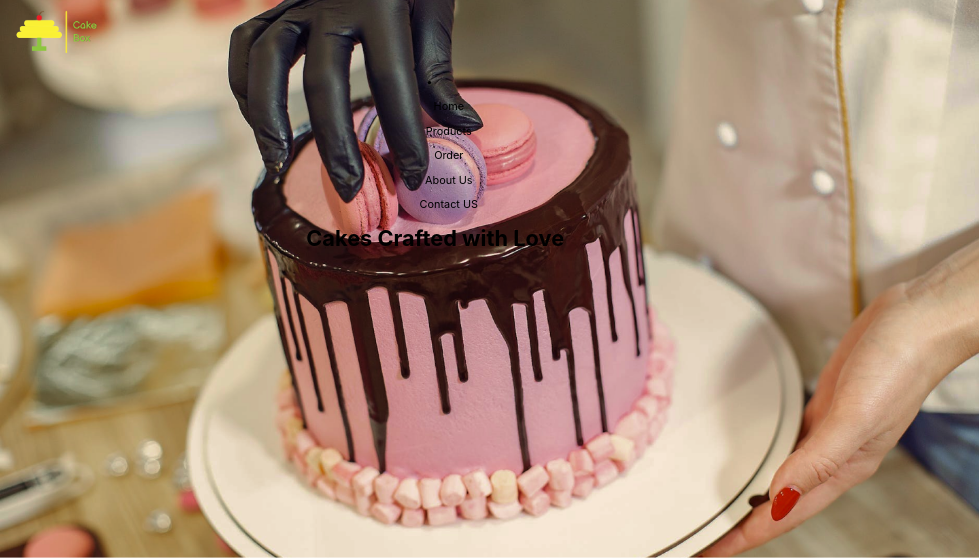
Repository: MEROO1010/cake-box
Page: /
These files come from the project's save history. The page is drawn as it stood at one moment and after the next save; the edit follows.
The browser window is 1280 px wide. The page is 1440 px wide, so the pictures cover 1440 px, including what lies to the right of the window. The pictures show the whole page, at 68% of full size.
The project was rebuilt for these pictures with package versions that can differ from the ones it lists, and the page was loaded fresh each time.

Above is the page before, as saved 2023-10-22 12:39:57.

### src/App.js
import './App.css';
import HomePage from './components/HomePage';

function App() {
  return (
    <div className="App">
      <HomePage/>
    </div>
  );
}

export default App;

### src/components/HomePage.jsx
import React from 'react';
import homePageImage from '../images/HomePage.png';
import logo from '../images/cake box.png'
import styled from 'styled-components';

const HomePage = () => {
  return (
    <Container>
      <IMAGE>
        <img src={homePageImage} alt='Home Page' />
      </IMAGE>

      {/*add the logo*/}
      <LOGO>
        <img src={logo} alt="logo design" />
      </LOGO>

      {/*Add the header*/}
      <div>
        <li>
          <ul>Home</ul>
          <ul>Products</ul>
          <ul>Order</ul>
          <ul>About Us</ul>
          <ul>Contact US</ul>
        </li>
      </div>


      {/*Add the h1*/}
      <div>
        <h1>Cakes Crafted with Love</h1>
      </div>
    </Container>
  );
};

export default HomePage;

const Container = styled.div`

`

const IMAGE = styled.div `
 background-size: cover;
  background-position: center;
  max-width: 100%;
  width: 100%;
  height: 100px;
  margin-right:40px ;
  margin-bottom:10px;

`

const LOGO = styled.div `
  top: 0;
  left: 0;
  margin:16px 24px;
  position: absolute;
`

Loaded but not shown: public/index.html (common file); src/index.js (common file); src/index.css (common file); src/App.css (common file)

After the next save:
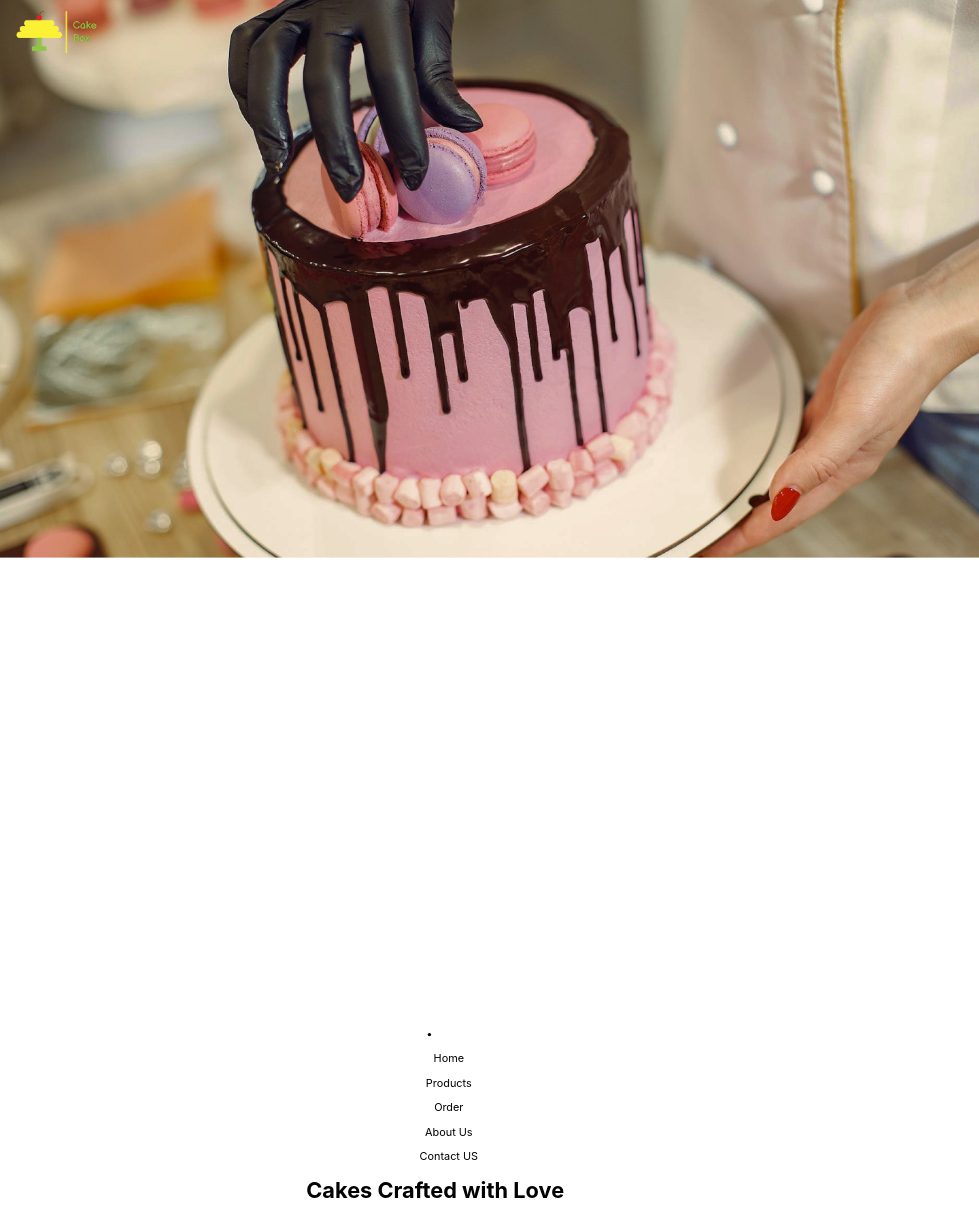
Saved 7 s later.
--- a/src/components/HomePage.jsx
+++ b/src/components/HomePage.jsx
@@ -46,7 +46,7 @@
   background-position: center;
   max-width: 100%;
   width: 100%;
-  height: 100px;
+  height: 1500px;
   margin-right:40px ;
   margin-bottom:10px;
 
